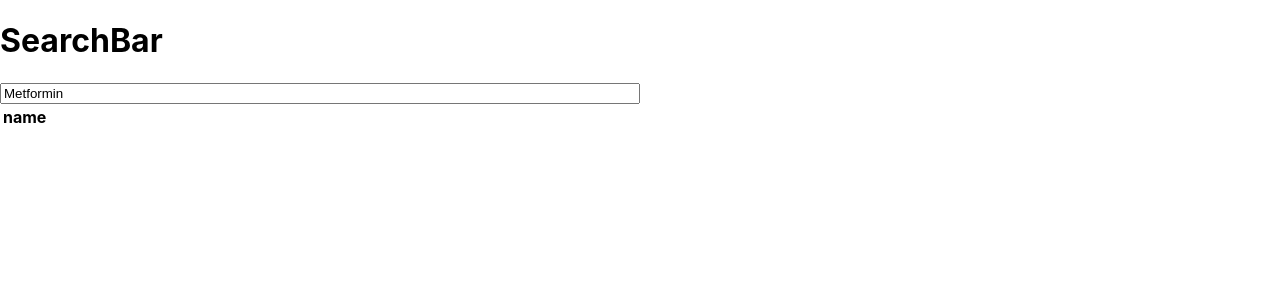
Repository: Esatollah/MedDemo
Page: / (app in client/)
The author's editor kept a copy of each file at every save. The page is drawn from the files as they stood at one save, then again after the next save.
The browser window is 1280 px wide. The pictures show the whole page.
The page's requests for data from a server got no answer. The project was rebuilt for these pictures with package versions that can differ from the ones it lists, and the page was loaded fresh each time. No one was signed in, and anything a server would have sent is missing. Also part of the build but not shown: client/src/App.css.

Above is the page before, as saved 2022-05-31 15:57:50.

### client/src/App.js
import './App.css';
import SearchBar from './components/Search';
function App() {
  return (
    <div>
      <SearchBar></SearchBar>
    </div>
  );
}

export default App;

### client/src/components/Search.jsx
import React, {useState, useEffect} from 'react'
import DrugAPI from '../api/DrugAPI';
import './Search.css'
const Search = () => {
  const [searchinput, setSearchinput] = useState("Metformin");
  const [drugs, setDrugs] = useState([]);

  useEffect(() => {
    const fetchData = async () => {
      try {
        const result = await DrugAPI.get(`/?drugsearch=${searchinput}`)
        setDrugs(result.data.meds)
      } catch (err) {
        console.error(err);
      }
    }

    fetchData();

  }, [searchinput])

  return (
    <>
        <h1>SearchBar</h1>
        <input type="search" name="" id="okhre" value={searchinput} onChange={e => setSearchinput(e.target.value)}/>
        <table>
          <thead>
            <tr>
              <th scope='col'>
                name
              </th>
            </tr>
          </thead>
          <tbody>
            {drugs && drugs.map((x) => {
              return (
                <tr key={x.id}>
                <td>{x.name}</td>
                </tr>
              )
            })}
          </tbody>

        </table>
    </>
    )
}

export default Search

### client/src/api/DrugAPI.js
import axios from 'axios'

export default axios.create({
    baseURL: "http://localhost:5000/api"
})

### client/src/components/Search.css
#okhre {
    width:50%;
    outline:none;
    border: hidden hidden solid hidden;
}

Loaded but not shown: client/public/index.html (common file); client/src/index.js (common file); client/src/index.css (common file)

After the next save:
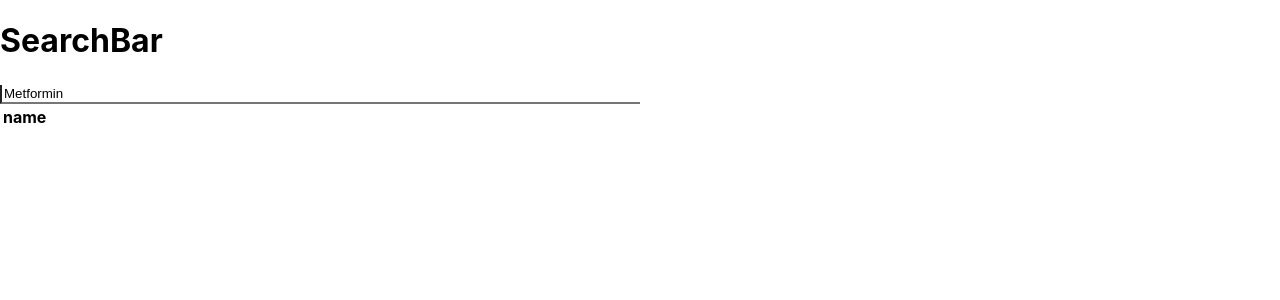
Saved 12 s later.
--- a/client/src/components/Search.css
+++ b/client/src/components/Search.css
@@ -1,5 +1,6 @@
 #okhre {
     width:50%;
     outline:none;
-    border: hidden hidden solid hidden;
+    border-top: hidden;
+    border-right: hidden;
 }
